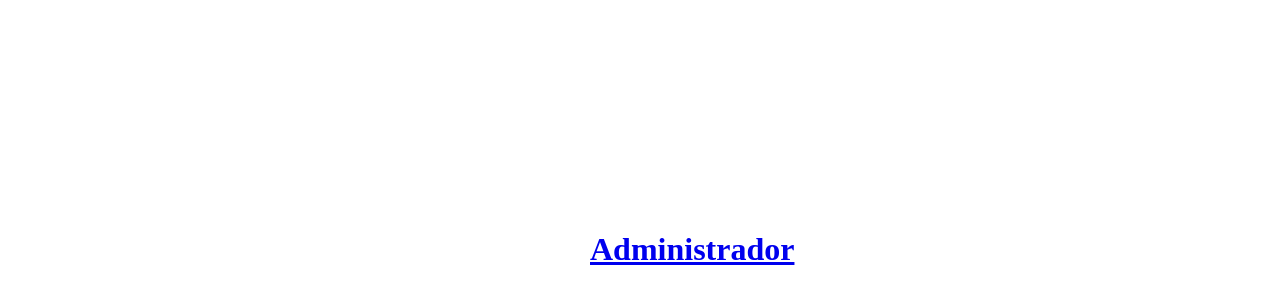
Repository: JacksonPassos/JAAS
Page: http://localhost/gerenciador/jsp/index.jsp
These files come from the project's save history. The page is drawn as it stood at one moment and after the next save; the edit follows.
The browser window is 1280 px wide. The pictures show the whole page.
The page is served by Tomcat 9.

Above is the page before, as saved 2017-05-15 05:04:44.

After the next save:
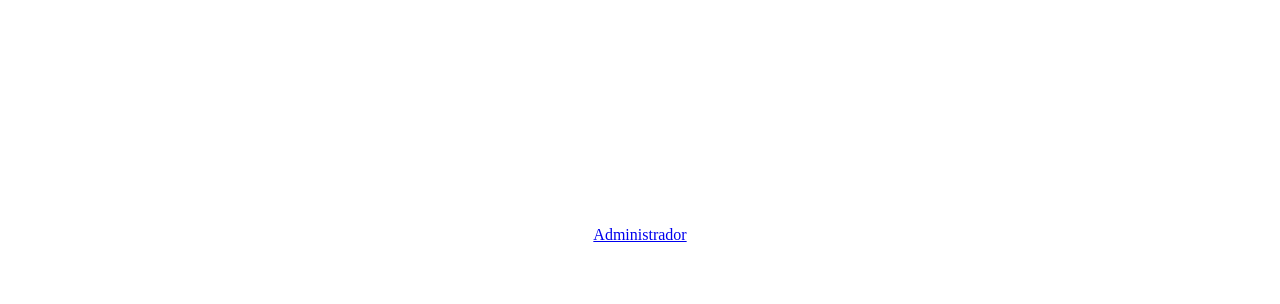
Saved 10 s later.
--- a/gerenciador/WebContent/jsp/index.jsp
+++ b/gerenciador/WebContent/jsp/index.jsp
@@ -25,7 +25,7 @@
         <div id="pagina">
         	<div id="msg">
         		<a href="../admin/restricted.jsp">
-        			<h1>Administrador</h1>
+        			<p>Administrador</p>
         		</a>
         		<a href="../user/allowed.jsp"></a>
         	</div>

After the save that followed:
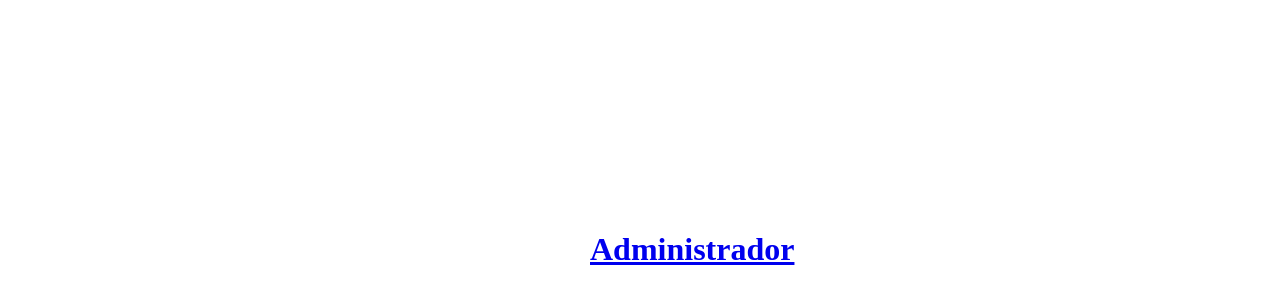
Saved 46 s later.
--- a/gerenciador/WebContent/jsp/index.jsp
+++ b/gerenciador/WebContent/jsp/index.jsp
@@ -24,9 +24,9 @@
     <body>
         <div id="pagina">
         	<div id="msg">
-        		<a href="../admin/restricted.jsp">
-        			<p>Administrador</p>
-        		</a>
+
+        			<h1><a href="../admin/restricted.jsp">Administrador</a></h1>
+
         		<a href="../user/allowed.jsp"></a>
         	</div>
         </div>
